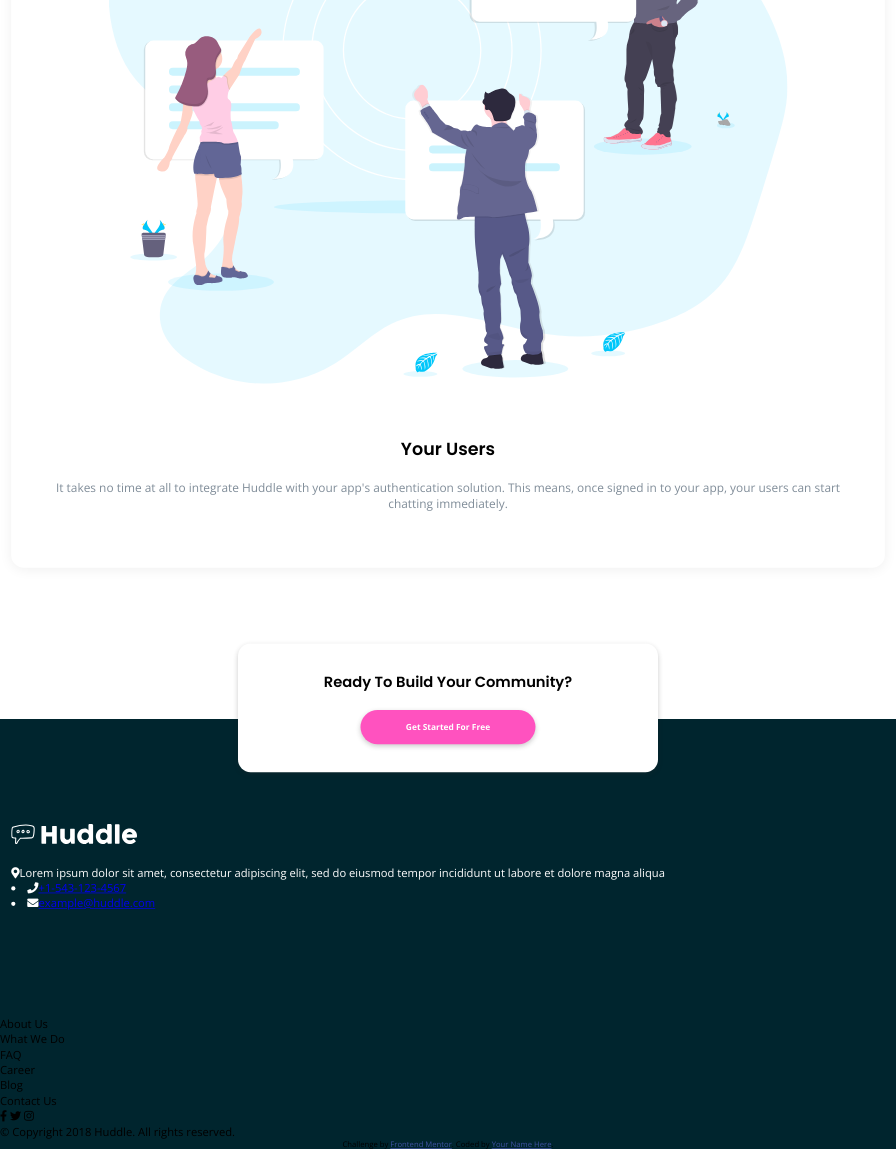
Repository: DejV44/Huddle-landing-page
Page: index.html
The author's editor kept a copy of each file at every save. The page is drawn from the files as they stood at one save, then again after the next save.
The browser window is 1280 px wide. The pictures show the part of the page from y = 3833 to 5753 px (the page is 5475 px tall before and 5753 px after), at 70% of full size.
The style sheet was rebuilt from its Sass, Less or Tailwind sources for each picture, by a compiler version that may differ from the author's.

Above is the page before, as saved 2021-08-20 10:54:46.

### index.html
<!DOCTYPE html>
<html lang="en">
<head>
  <meta charset="UTF-8">
  <meta name="viewport" content="width=device-width, initial-scale=1.0"> <!-- displays site properly based on user's device -->
  <link rel="stylesheet" href="/css/style.css">
  <link rel="stylesheet" href="/fontawesome-free-5.15.3-web/css/all.css">
  <link rel="icon" type="image/png" sizes="32x32" href="./images/favicon-32x32.png">

  <title>Frontend Mentor | Huddle landing page with alternating feature blocks</title>

</head>
<body>
  <header>
    <div class="nav">
      <div class="logo">
        <img src="/images/logo.svg" alt="logo">
      </div>
      <a href="#">Try It Free</a>
    </div>
    <content class="main">
      <article class="building">
        <h1>Build The Community Your Fans Will Love</h1>
        <h3> Huddle re-imagines the way we build communities. You have a voice, but so does your audience.
        Create connections with your users as you engage in genuine discussion.</h3>
        <a class="main-btn" href="#">Get Started For Free</a>
      </article>
      <div class="img-main">
        <img class="img" src="/images/illustration-mockups.svg" alt="">
      </div>
    </content>

  </header>
  <section class="cards">
    <div class="card-one">
      <div class="img-cards">
        <img src="/images/illustration-grow-together.svg" alt="">
      </div>
      <content class="card">
        <h2>Grow Together</h2>
        <p>Generate meaningful discussions with your audience and build a strong, loyal community.
        Think of the insightful conversations you miss out on with a feedback form.</p>
      </content>
    </div>
    <div class="card-two">
      <div class="img-cards">
        <img src="/images/illustration-flowing-conversation.svg" alt="">
      </div>
      <content class="card">
        <h2>Flowing Conversations</h2>
        <p>You wouldn't paginate a conversation in real life, so why do it online? Our threads
        have just-in-time loading for a more natural flow.</p>
      </content>
    </div>
    <div class="card-three">
      <div class="img-cards">
        <img src="/images/illustration-your-users.svg" alt="">
      </div>
      <content class="card">
        <h2>Your Users</h2>
        <p>It takes no time at all to integrate Huddle with your app's authentication solution.
        This means, once signed in to your app, your users can start chatting immediately.</p>
      </content>
    </div>
    <container class="ready">
      <h2>Ready To Build Your Community?</h2>
      <a href="#">Get Started For Free</a>
    </container>
  </section>
  <footer>
    <container class="footer">
      <div class="section1">
        <img src="/images/logoWhite.svg" alt="logo">
        <p><i class="fas fa-map-marker-alt"></i>Lorem ipsum dolor sit amet, consectetur adipiscing elit, sed do eiusmod tempor
        incididunt ut labore et dolore magna aliqua</p>
        <li><i class="fa fa-phone" aria-hidden="true"></i><a href="tel:+1-543-123-4567">+1-543-123-4567</a></li>
        <li><i class="fa fa-envelope" aria-hidden="true"></i><a href="example@huddle.com">example@huddle.com</a></li>
      </div>
      <div class="section2">
        <ul>
          <li>About Us</li>
          <li>What We Do</li>
          <li>FAQ</li>
        </ul>
      </div>
      <div class="section3">
        <ul>
          <li>Career</li>
          <li>Blog</li>
          <li>Contact Us</li>
        </ul>
      </div>
      <div class="copyright">
        <div class="social">
          <span><i class="fab fa-facebook-f"></i></span>
          <span><i class="fab fa-twitter"></i></span>
          <span><i class="fab fa-instagram"></i></span>
        </div>
        <p>&copy; Copyright 2018 Huddle. All rights reserved.</p>
      </div>
    </container>
  </footer>













  <footer>
    <p class="attribution">
      Challenge by <a href="https://www.frontendmentor.io?ref=challenge" target="_blank">Frontend Mentor</a>.
      Coded by <a href="#">Your Name Here</a>.
    </p>
  </footer>
</body>
</html>

### css/style.scss
* {
    margin: 0;
    padding: 0;
    //font-family: 'Poppins', sans-serif;
    -webkit-font-smoothing: antialiased;
}

body {
    font-family: 'Open Sans', sans-serif;
}

// ---FONTS---
@import url('https://fonts.googleapis.com/css2?family=Open+Sans:wght@400;700&display=swap');
@import url('https://fonts.googleapis.com/css2?family=Poppins:wght@600&display=swap');

@import "variables";
@import "mixin";

@import "cards";
@import "header";
@import "footer";

### css/_variables.scss
$Pink: hsl(322, 100%, 66%);
$VeryPaleCyan: hsl(193, 100%, 96%);
$VeryDarkCyan: hsl(192, 100%, 9%);
$GrayishBlue: hsl(208, 11%, 55%);

### css/_mixin.scss
@mixin cards {
    display: flex;
    flex-direction: column;
    margin: 3rem auto 1rem auto;
    text-align: center;
    box-shadow: rgba(0, 0, 0, 0.068) 0px 2px 18px;
    border-radius: 18px;
    align-items: center;



    .card {
        display: block;
        margin: auto 3rem;
        h2 {
            padding-bottom: 1.5rem;
            font-size: 25px;
            font-family: 'Poppins', sans-serif
        }
        p {
            display: block;
            font-size: 17px;
            color: $GrayishBlue;
            padding-bottom: 3rem;
            margin-bottom: 2rem;

        }
    }
    .img-cards {
        display: block;
        padding: 30px 50px;
        margin: auto;

            img {
                width: 90%;
                margin: 40px auto;
            }
    }
}

### css/_cards.scss
.cards {
    padding: 1rem;
    margin: 0 auto;
    box-sizing: border-box;


    .card-one, .card-two, .card-three {
        @include cards;
    }

    .ready {
        display: block;
        box-sizing: border-box;
        text-align: center;
        transform: translateY(50%);
        background-color: white;
        margin: 0 auto;
        padding: 1rem 1rem;
        box-shadow: rgba(39, 39, 39, 0.24) 0px 3px 8px;
        max-width: 600px;
        text-align: center;
        align-items: center;
        border-radius: 18px;
        h2 {
            font-size: 21px;
            font-family: 'Poppins', sans-serif;
            margin: 1.5rem auto;
        }

        a {
            display: block;
            text-decoration: none;
            font-weight: 600;
            font-size: 12px;
            margin: 1.5rem auto;
            padding: 1rem 0;
            max-width: 250px;
            border-radius: 30px;
            background: $Pink;
            color: white;
            box-shadow: rgba(39, 39, 39, 0.24) 0px 3px 8px;
        }
    }

}

### css/_header.scss
header {
    background: url(/images/bg-hero-mobile.svg);
    background-color: rgb(241, 241, 255);
    background-size: contain;
    background-position: center;
    background-repeat: no-repeat;
    text-align: center;

    .nav {
        display: flex;
        justify-content: space-between;
        padding: 2rem 1.6rem;


        img {
            width: 120px;
        }

        a {
            text-decoration: none;
            font-size: 13px;
            font-weight: 600;
            margin-top: -4px;
            padding: 0.3rem 1.7rem;
            background-color: white;
            border-radius: 25px;
            box-shadow: rgba(99, 99, 99, 0.24) 0px 3px 8px;
        }

    }
    .main {

        margin: 0 auto;

        .building {
            margin: 4rem 3rem 2rem 3rem;



            h1 {
                margin: 0 1rem;
                font-size: 28px;
                font-family: 'Poppins', sans-serif
            }

            h3 {
                font-weight: 400;
                font-size: 18px;
                margin: 1.5rem 0;
                line-height: 30px;
            }

            .main-btn {

                display: block;
                text-decoration: none;
                font-weight: 600;
                font-size: 12px;
                margin: 1.5rem auto;
                padding: 1rem 0;
                max-width: 280px;
                border-radius: 30px;
                background: $Pink;
                color: white;
                box-shadow: rgba(39, 39, 39, 0.24) 0px 3px 8px;
            }

        }
        .img-main {
            padding: 15px 50px;

            .img {
                width: 100%;
                margin-bottom: 40px;
            }
        }
    }


}

### css/_footer.scss
footer {
    background-color: $VeryDarkCyan;
     .section1 {
         padding: 150px 1rem;
         color: white;

         img {
             width: 180px;
             padding-bottom: 1.5rem;
         }
     }
}




.attribution {
    font-size: 11px; text-align: center;
}
.attribution a {
    color: hsl(228, 45%, 44%);
}

Loaded but not shown: fontawesome-free-5.15.3-web/css/all.css (library)

After the next save:
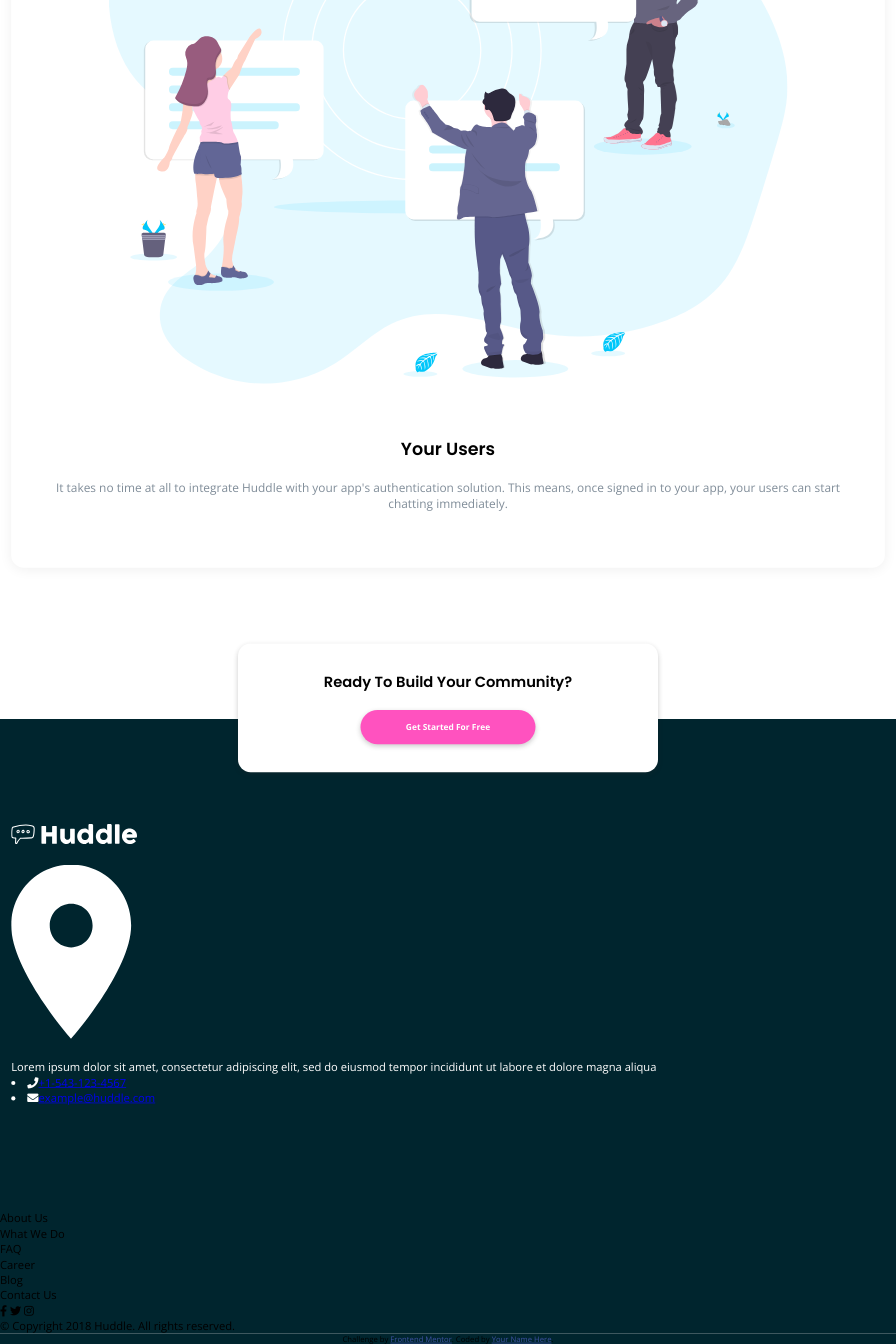
Saved 2 min 15 s later.
--- a/index.html
+++ b/index.html
@@ -71,8 +71,11 @@
     <container class="footer">
       <div class="section1">
         <img src="/images/logoWhite.svg" alt="logo">
-        <p><i class="fas fa-map-marker-alt"></i>Lorem ipsum dolor sit amet, consectetur adipiscing elit, sed do eiusmod tempor
-        incididunt ut labore et dolore magna aliqua</p>
+        <div class="info">
+          <img src="/images/icon-location.svg" alt="location">
+          <p>Lorem ipsum dolor sit amet, consectetur adipiscing elit, sed do eiusmod tempor
+          incididunt ut labore et dolore magna aliqua</p>
+        </div>
         <li><i class="fa fa-phone" aria-hidden="true"></i><a href="tel:+1-543-123-4567">+1-543-123-4567</a></li>
         <li><i class="fa fa-envelope" aria-hidden="true"></i><a href="example@huddle.com">example@huddle.com</a></li>
       </div>
